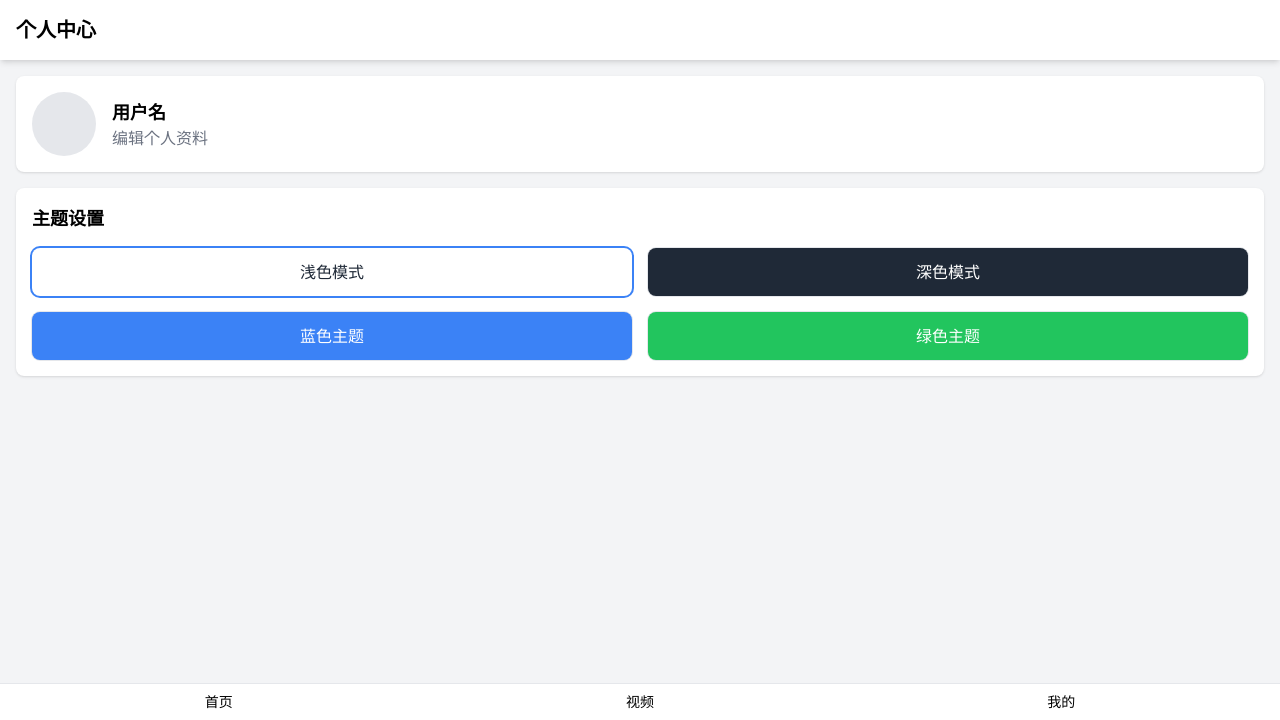
Repository: Look625/simpleNewsForAIRace
Page: /profile
These files come from the project's save history. The page is drawn as it stood at one moment and after the next save; the edit follows.
The browser window is 1280 px wide. The pictures show the whole page.
The project was rebuilt for these pictures with package versions that can differ from the ones it lists, and the page was loaded fresh each time. Also part of the build but not shown: vite.config.ts.

Above is the page before, as saved 2025-02-24 15:04:10.

After the next save:
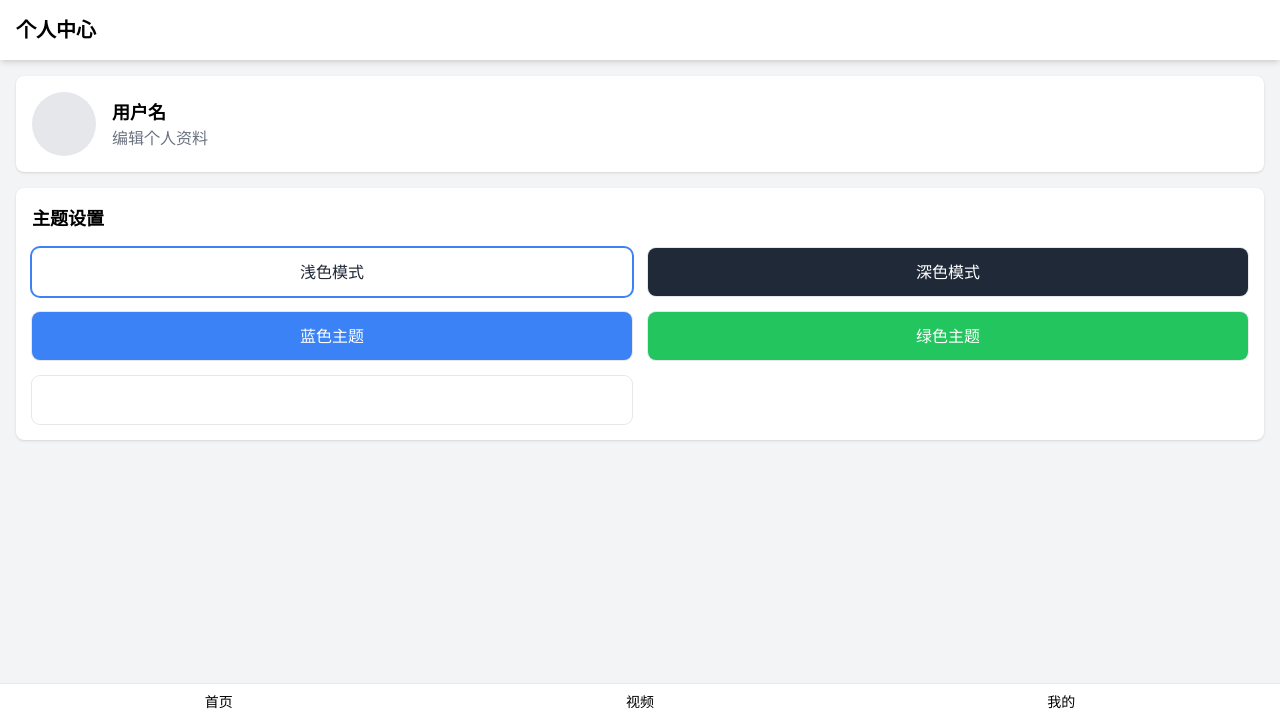
Saved 3 s later.
--- a/src/views/Profile.vue
+++ b/src/views/Profile.vue
@@ -31,14 +31,38 @@
             {{ theme.label }}
           </button>
         </div>
+
+        <!-- 自定义主题设置 -->
+        <div v-if="currentTheme === 'custom'" class="mt-4">
+          <h4 class="font-medium mb-2">自定义颜色</h4>
+          <div class="space-y-3">
+            <div v-for="(color, key) in customColors" :key="key" class="flex items-center">
+              <label :for="key" class="w-24 text-sm">{{ colorLabels[key] }}</label>
+              <input
+                :id="key"
+                type="color"
+                v-model="customColors[key]"
+                @change="updateCustomColors"
+                class="w-8 h-8 p-0 border-0"
+              />
+              <input
+                type="text"
+                v-model="customColors[key]"
+                @change="updateCustomColors"
+                class="ml-2 px-2 py-1 text-sm border rounded"
+              />
+            </div>
+          </div>
+        </div>
       </div>
     </main>
   </div>
 </template>
 
 <script setup lang="ts">
-import { useThemeStore, type Theme } from '@/stores/theme'
+import { useThemeStore, type ThemeType, type ThemeColors } from '@/stores/theme'
 import { storeToRefs } from 'pinia'
+import { reactive } from 'vue'
 
 const themeStore = useThemeStore()
 const { currentTheme } = storeToRefs(themeStore)
@@ -47,10 +71,27 @@ const themes = [
   { label: '浅色模式', value: 'light', bgClass: 'bg-white text-gray-800' },
   { label: '深色模式', value: 'dark', bgClass: 'bg-gray-800 text-white' },
   { label: '蓝色主题', value: 'blue', bgClass: 'bg-blue-500 text-white' },
-  { label: '绿色主题', value: 'green', bgClass: 'bg-green-500 text-white' }
+  { label: '绿色主题', value: 'green', bgClass: 'bg-green-500 text-white' },
+  { label: '自定义主题', value: 'custom', bgClass: 'theme-primary text-white' }
 ]
 
-const changeTheme = (theme: Theme) => {
+const colorLabels = {
+  primary: '主要颜色',
+  secondary: '次要颜色',
+  background: '背景颜色',
+  text: '文字颜色'
+}
+
+const customColors = reactive<ThemeColors>(themeStore.$state.customColors)
+
+const changeTheme = (theme: ThemeType) => {
   themeStore.setTheme(theme)
+  if (theme === 'custom') {
+    themeStore.applyCustomColors()
+  }
+}
+
+const updateCustomColors = () => {
+  themeStore.setCustomColors(customColors)
 }
 </script>
